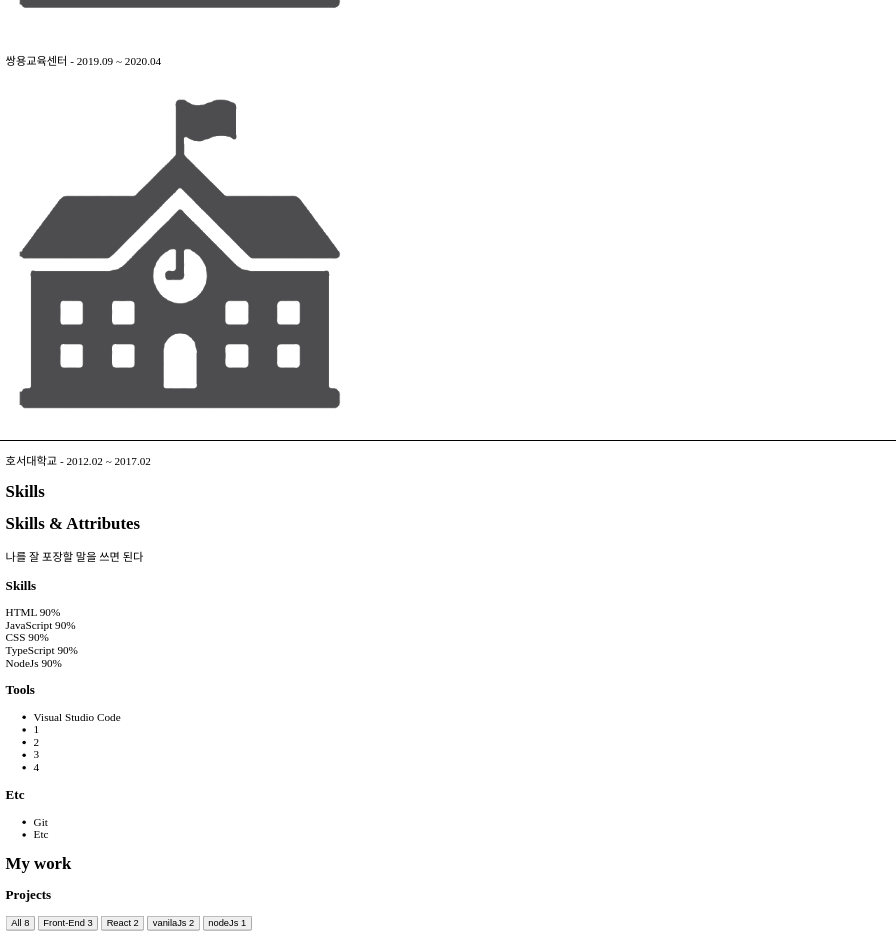
Repository: DevMinwoo-Jung/MinwooPortfolio
Page: index.html
These files come from the project's save history. The page is drawn as it stood at one moment and after the next save; the edit follows.
The browser window is 1280 px wide. The pictures show the part of the page from y = 2275 to 4195 px (the page is 3613 px tall before and 4195 px after), at 70% of full size.

Above is the page before, as saved 2021-05-28 10:57:16.

After the next save:
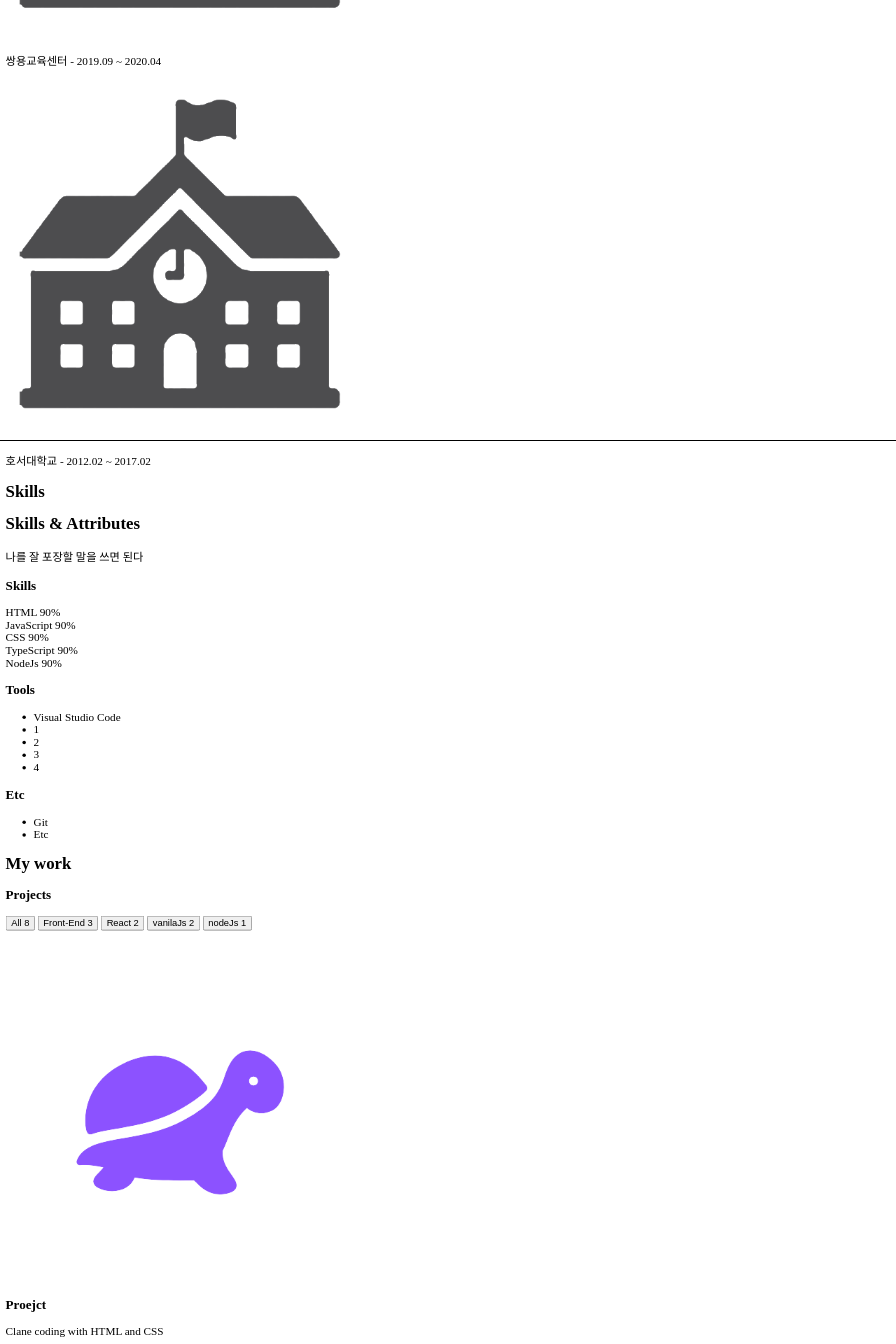
Saved 2 min 28 s later.
--- a/index.html
+++ b/index.html
@@ -167,7 +167,15 @@
       <button class="category__btn">React <span class="category__count">2</span></button>
       <button class="category__btn">vanilaJs <span class="category__count">2</span></button>
       <button class="category__btn">nodeJs <span class="category__count">1</span></button>
-
+    </div>
+    <div class="wrok__projects">
+      <a href="mygithub" class="project" target="blank"></a>
+      <img src="imgs/favicon.png" alt="project1">
+      <!-- 이미지 추후에 넣자 -->
+      <div class="project__description">
+        <h3>Proejct</h3>
+        <span>Clane coding with HTML and CSS</span>
+      </div>
     </div>
   </section>
   <!-- Testimonials -->
